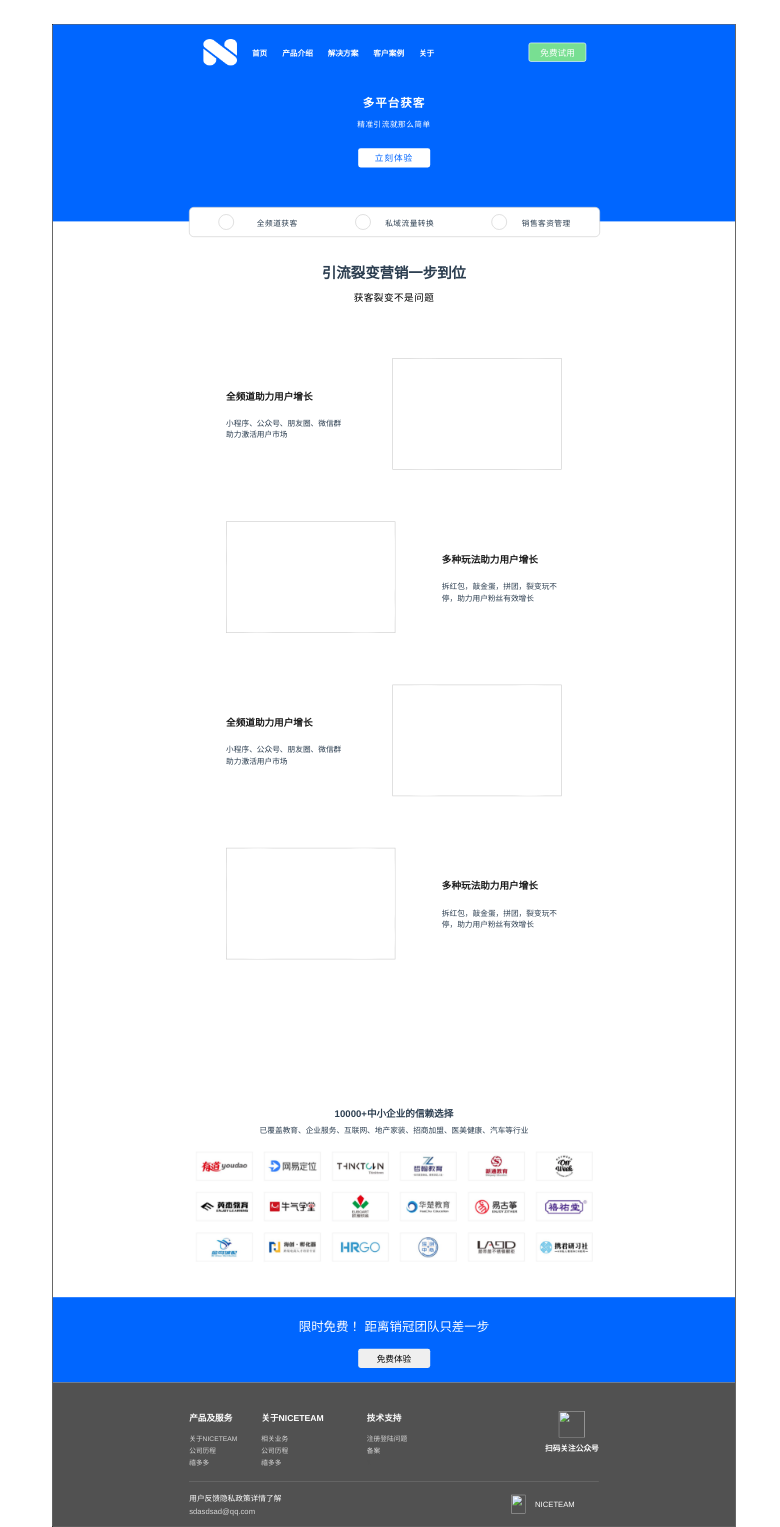
Repository: Alex-2020-0211/xrkj-guanwang
Page: /#/productintroduction (app in src/)
These files come from the project's save history. The page is drawn as it stood at one moment and after the next save; the edit follows.
The browser window is 1280 px wide. The page is 1300 px wide, so the pictures cover 1300 px, including what lies to the right of the window. The pictures show the whole page, at 60% of full size.
The project was rebuilt for these pictures with package versions that can differ from the ones it lists, and the page was loaded fresh each time. Also part of the build but not shown: src/src/components/Header.vue, src/src/views/Home.vue.

Above is the page before, as saved 2021-01-07 18:19:24.

### src/public/index.html
<!DOCTYPE html>
<html lang="en">
  <head>
    <meta charset="utf-8">
    <meta http-equiv="X-UA-Compatible" content="IE=edge">
    <meta name="viewport" content="width=device-width,initial-scale=1.0">
    <link rel="icon" href="<%= BASE_URL %>favicon.ico">
    <title><%= htmlWebpackPlugin.options.title %></title>
  </head>
  <body>
    <noscript>
      <strong>We're sorry but <%= htmlWebpackPlugin.options.title %> doesn't work properly without JavaScript enabled. Please enable it to continue.</strong>
    </noscript>
    <div id="app"></div>
    <!-- built files will be auto injected -->
  </body>
  <script>
    (function(){
      var html = document.documentElement;
      function onWindowResize(){
        html.style.fontSize = html.getBoundingClientRect().width / 16 + 'px';
      }
      window.addEventListener('resize',onWindowResize);
      onWindowResize();
    })();
  </script>
</html>

### src/src/main.js
import Vue from 'vue'
import { Image, Carousel, CarouselItem, Popover, Button } from 'element-ui'
import App from './App.vue'
import router from './router'
import store from './store'

import "../src/assets/css/reset.css"

Vue.use( Image )
Vue.use( Carousel )
Vue.use( CarouselItem )
Vue.use( Popover )
Vue.use( Button )

Vue.config.productionTip = false

new Vue({
  router,
  store,
  render: h => h(App)
}).$mount('#app')

### src/src/App.vue
<template>
  <div id="app" v-cloak>
    <router-view />
  </div>
</template>

<style lang="scss">
[v-cloak] {
  display: none !important;
}
html {
  width: 100%;
  height: 100%;
}
body {
  width: 100%;
  height: 100%;
}
#app {
  font-family: Avenir, Helvetica, Arial, sans-serif;
  -webkit-font-smoothing: antialiased;
  -moz-osx-font-smoothing: grayscale;
  text-align: center;
  color: #2c3e50;
  width: 100%;
  height: 100%;
}
</style>

### src/src/router/index.js
import Vue from 'vue'
import VueRouter from 'vue-router'
import Home from '../views/Home.vue'

Vue.use(VueRouter)

const routes = [{
    path: '/',
    name: 'Home',
    component: Home
  },
  {
    path: '/productintroduction',
    name: 'ProductIntroduction',
    component: () => import( /* webpackChunkName: "about" */ '../views/ProductIntroduction.vue')
  },
  {
    path: '/solutions',
    name: 'Solutions',
    component: () => import( /* webpackChunkName: "about" */ '../views/solutions/Solutions.vue'),
  },
  {
    path: '/getcustomer', //以“/”开头的嵌套路径会被当作根路径，所以子路由上不用加“/”;在生成路由时，主路由上的path会被自动添加到子路由之前，所以子路由上的path不用在重新声明主路由上的path了。
    name: 'GetCustomer',
    component: () => import( /* webpackChunkName: "about" */ '../views/solutions/GetCustomer.vue')
  },
  // {
  //   path: '/connect',
  //   name: 'Connect',
  //   component: () => import( /* webpackChunkName: "about" */ '../views/solutions/Connect.vue')
  // },
  {
    path: '/transform',
    name: 'Transform',
    component: () => import( /* webpackChunkName: "about" */ '../views/solutions/Transform.vue')
  },
  {
    path: '/manage',
    name: 'Manage',
    component: () => import( /* webpackChunkName: "about" */ '../views/solutions/Manage.vue')
  },
  {
    path: '/customercase',
    name: 'CustomerCase',
    component: () => import( /* webpackChunkName: "about" */ '../views/CustomerCase.vue')
  },
  {
    path: '/aboutus',
    name: 'AboutUs',
    component: () => import( /* webpackChunkName: "about" */ '../views/AboutUs.vue')
  },
  {
    path: '*',
    name: 'NotFound',
    component: () => import( /* webpackChunkName: "about" */ '../views/NotFound.vue')
  },
]

const router = new VueRouter({
  routes
})

export default router

### src/src/assets/css/reset.css
html {
    overflow-x: auto;
    overflow-y: scroll;
}

body,
dl,
dt,
dd,
ul,
ol,
li,
pre,
form,
fieldset,
input,
p,
blockquote,
th,
td {
    font-weight: 400;
    margin: 0;
    padding: 0;
}

h1,
h2,
h3,
h4,
h4,
h5 {
    margin: 0;
    padding: 0;
}

body {
    background-color: #FFFFFF;
    color: #666666;
    font-family: Helvetica, Arial, sans-serif;
    font-size: 12px;
    padding: 0 10px;
    text-align: left;
}

select {
    font-size: 12px;
}

table {
    border-collapse: collapse;
}

fieldset,
img {
    border: 0 none;
}

fieldset {
    margin: 0;
    padding: 0;
}

fieldset p {
    margin: 0;
    padding: 0 0 0 8px;
}

legend {
    display: none;
}

address,
caption,
em,
strong,
th,
i {
    font-style: normal;
    font-weight: 400;
}

table caption {
    margin-left: -1px;
}

hr {
    border-bottom: 1px solid #FFFFFF;
    border-top: 1px solid #E4E4E4;
    border-width: 1px 0;
    clear: both;
    height: 2px;
    margin: 5px 0;
    overflow: hidden;
}

ol,
ul {
    list-style-image: none;
    list-style-position: outside;
    list-style-type: none;
}

caption,
th {
    text-align: left;
}

q:before,
q:after,
blockquote:before,
blockquote:after {
    content: ””;
}

### src/src/views/ProductIntroduction.vue
<template>
  <div class="productintroduction">
    <div class="border">
      <!-- 头部 -->
      <div class="header">
        <div class="headerTop">
          <p class="bar">
            <img class="logo" src="../assets/img/logo.png" alt />
            <a href="http://localhost:8080/#/">首页</a>
            <a href="http://localhost:8080/#/productintroduction">产品介绍</a>
            <a href="http://localhost:8080/#/solutions">解决方案</a>
            <a href="http://localhost:8080/#/customercase">客户案例</a>
            <a href="http://localhost:8080/#/aboutus">关于</a>
          </p>
          <button class="mianfei">免费试用</button>
        </div>
        <div class="headerMain">
          <div class="theme">
            <dl>
              <dt>多平台获客</dt>
              <dd>精准引流就那么简单</dd>
            </dl>
            <button class="knowMore" @click="goAbout()">立刻体验</button>
          </div>
        </div>
      </div>
      <!-- 导航 -->
      <div class="nav">
        <div class="nav-item">
          <p class="nav-circle"></p>
          <span>全频道获客</span>
        </div>
        <div class="nav-item">
          <p class="nav-circle"></p>
          <span>私域流量转换</span>
        </div>
        <div class="nav-item">
          <p class="nav-circle"></p>
          <span>销售客资管理</span>
        </div>
      </div>
      <!-- OneStop -->
      <div class="oneStop">
        <div class="top">
          <h5>引流裂变营销一步到位</h5>
          <p class="question">
            获客裂变不是问题
          </p>
          <div class="case">
            <dl>
              <dt>全频道助力用户增长</dt>
              <dd>小程序、公众号、朋友圈、微信群助力激活用户市场</dd>
            </dl>
            <img src="../assets/img/logo.png" />
          </div>
          <div class="case">
            <img src="../assets/img/logo.png" />
            <dl>
              <dt>多种玩法助力用户增长</dt>
              <dd>拆红包，敲金蛋，拼团，裂变玩不停，助力用户粉丝有效增长</dd>
            </dl>
          </div>
          <div class="case">
            <dl>
              <dt>全频道助力用户增长</dt>
              <dd>小程序、公众号、朋友圈、微信群助力激活用户市场</dd>
            </dl>
            <img src="../assets/img/logo.png" />
          </div>
          <div class="case">
            <img src="../assets/img/logo.png" />
            <dl>
              <dt>多种玩法助力用户增长</dt>
              <dd>拆红包，敲金蛋，拼团，裂变玩不停，助力用户粉丝有效增长</dd>
            </dl>
          </div>
        </div>
        <div class="bottom">
          <div class="comer">
            <dl>
              <dt>10000+中小企业的信赖选择</dt>
              <dd>
                已覆盖教育、企业服务、互联网、地产家装、招商加盟、医美健康、汽车等行业
              </dd>
            </dl>
            <img src="../assets/img/comer.png" alt="" />
          </div>
        </div>
      </div>
      <!-- 底部 -->
      <Footer :footerData="footerData" />
    </div>
  </div>
</template>

<script>
// import Header from "../components/Header";
import Footer from "../components/Footer";

export default {
  name: "ProductIntroduction",
  components: {
    // Header,
    Footer,
  },
  data() {
    return {
      url: require("../assets/img/fuli.png"),
      headerData: {
        free: "免费试用",
        title: "管理也能玩出味 ?",
        content: "",
        detail:
          "NICETEAM : 让管理不再沉闷，工作玩味不停，全国上千家中小企业的销售福星",
        immediately: "立即咨询",
        path: "1",
      },
      footerData: {
        title: "限时免费！ 距离销冠团队只差一步",
      },
    };
  },
  methods: {
    goAbout() {
      this.$router.replace("/aboutus");
    },
  },
};
</script>

<style lang="scss" scoped>
.productintroduction {
  font-size: 0.16rem;
  .border {
    width: 88.88%;
    margin-top: 0.5rem;
    margin-left: 6%;
    border: 0.01rem solid #000;
    // 头部
    .header {
      width: 100%;
      height: 4.1rem;
      color: #fff;
      background-color: #06f;
      .headerTop {
        width: 60%;
        margin-left: 21%;
        padding-top: 0.3rem;
        display: flex;
        justify-content: space-between;
        align-items: center;
        .logo {
          width: 0.7rem;
          height: 0.55rem;
        }
        .bar {
          width: 60%;
          font-weight: bold;
          display: flex;
          justify-content: space-around;
          align-items: center;
          a {
            text-decoration: none;
          }
          a:link {
            color: #fff;
          }
          a:visited {
            color: #fff;
          }
        }
        .mianfei {
          width: 1.2rem;
          height: 0.4rem;
          font-size: 0.18rem;
          color: #fff;
          border: 0.01rem solid #fff;
          border-radius: 0.05rem;
          background-color: #78df92;
          margin-right: 0.4rem;
          outline: none;
        }
        .mianfei:active {
          border: 0.01rem solid #06f;
        }
      }
      .headerMain {
        width: 60%;
        height: 2.7rem;
        margin-left: 20%;
        display: flex;
        justify-content: space-around;
        align-items: center;
        dl {
          dt {
            font-size: 0.24rem;
            font-weight: bold;
            text-align: center;
            margin-bottom: 0.15rem;
            letter-spacing: 0.02rem;
          }
          dd {
            font-size: 0.16rem;
            letter-spacing: 0.01rem;
            text-align: left;
            margin-bottom: 0.4rem;
          }
        }
        .knowMore {
          width: 1.5rem;
          height: 0.4rem;
          color: #06f;
          font-size: 0.18rem;
          letter-spacing: 0.02rem;
          background-color: #fff;
          border: 0;
          border-radius: 0.05rem;
        }
      }
    }
    // 导航
    .nav{
      width: 60%;
      margin-left: 20%;
      margin-top: -0.3rem;
      height: 0.6rem;
      display: flex;
      justify-content: space-between;
      align-items: center;
      background-color: #fff;
      border: 0.01rem solid #ccc;
      border-radius: 0.1rem;
      .nav-item{
        width: 20%;
        margin-left: 7%;
        margin-right: 7%;
        display: flex;
        justify-content: space-between;
        align-items: center;
        .nav-circle{
          width: 0.3rem;
          height: 0.3rem;
          border: 0.02rem solid #ccc;
          border-radius: 50%;
        }
        span{
          letter-spacing: 0.01rem;
        }
      }
    }
    // OneStop
    .oneStop {
      .top {
        h5 {
          font-size: 0.3rem;
          display: block;
          padding-top: 0.5rem;
          padding-bottom: 0.15rem;
        }
        .question {
          width: 40%;
          margin-left: 30%;
          color: #000;
          font-size: 0.2rem;
          margin-bottom: 0.6rem;
          letter-spacing: 0.01rem;
        }
        .case {
          width: 56%;
          margin-left: 22%;
          height: 3.4rem;
          display: flex;
          justify-content: space-around;
          align-items: center;
          img {
            width: 3.5rem;
            height: 2.3rem;
            border: 1px solid #ccc;
          }
          dl {
            height: 40%;
            display: flex;
            flex-direction: column;
            justify-content: space-around;
            dt {
              text-align: left;
              font-size: 0.2rem;
              font-weight: bold;
              color: #1b1b1b;
            }
            dd {
              width: 2.5rem;
              text-align: left;
            }
          }
        }
      }
      .bottom {
        margin-top: 2.5rem;
        margin-bottom: 0.5rem;
        .comer {
          margin-top: 0.15rem;
          dl {
            margin-bottom: 0.2rem;
            dt {
              font-size: 0.2rem;
              font-weight: bold;
              margin-bottom: 0.1rem;
            }
          }
          img {
            width: 8.6rem;
          }
        }
      }
    }
  }
}
</style>

### src/src/components/Footer.vue
<template>
  <div class="footer">
    <div class="footerTop">
      <h5>{{ footerData.title }}</h5>
      <button>免费体验</button>
    </div>
    <div class="footerBottom">
      <div class="detail">
        <div class="left">
          <dl>
            <dt>产品及服务</dt>
            <dd>关于NICETEAM</dd>
            <dd>公司历程</dd>
            <dd>禧多多</dd>
          </dl>
          <dl>
            <dt>关于NICETEAM</dt>
            <dd>相关业务</dd>
            <dd>公司历程</dd>
            <dd>禧多多</dd>
          </dl>
          <dl class="jishu">
            <dt>技术支持</dt>
            <dd>注册登陆问题</dd>
            <dd style="margin-bottom: 0.09rem;">备案</dd>
            <dd style="color: #515151">1</dd>
          </dl>
        </div>
        <div class="right">
          <img src="" alt="" />
          <p>扫码关注公众号</p>
        </div>
      </div>
      <p class="line"></p>
      <div class="bottom">
        <dl>
          <dt>
            <span>用户反馈</span><span>隐私政策</span><span>详情了解</span>
          </dt>
          <dd>sdasdsad@qq.com</dd>
        </dl>
        <p><img src="" alt="" /><span>NICETEAM</span></p>
      </div>
    </div>
  </div>
</template>

<script>
export default {
  name: "Footer",
  props: {
    footerData: {
      type: Object,
    },
  },
  data() {
    return {};
  },
  methods: {},
};
</script>

<style scoped lang="scss">
// 底部
.footer {
  height: 4.78rem;
  .footerTop {
    height: 1.78rem;
    background-color: #06f;
    h5 {
      font-size: 0.26rem;
      font-weight: normal;
      color: #fff;
      padding-top: 0.4rem;
      padding-bottom: 0.3rem;
    }
    button {
      // display: flex;
      width: 1.5rem;
      height: 0.4rem;
      line-height: 0.4rem;
      font-size: 0.18rem;
      border: 0;
      border-radius: 0.05rem;
    }
  }
  .footerBottom {
    height: 3rem;
    background-color: #515151;
    color: #fff;
    .detail {
      width: 60%;
      margin-left: 20%;
      padding-top: 0.6rem;
      display: flex;
      justify-content: space-between;
      .left {
        dl {
          display: inline-block;
          margin-right: 0.5rem;
          dt {
            font-weight: bold;
            font-size: 0.18rem;
            text-align: left;
            margin-bottom: 0.2rem;
          }
          dd {
            text-align: left;
            font-size: 0.14rem;
            margin-bottom: 0.05rem;
            color: #d7d7d7;
          }
        }
        .jishu {
          margin-left: 0.4rem;
        }
      }
      .right {
        img {
          width: 0.55rem;
          height: 0.55rem;
        }
        p {
          font-weight: bold;
          margin-top: 0.05rem;
        }
      }
    }
    .line {
      width: 60%;
      margin-left: 20%;
      border-bottom: 0.02rem solid #727272;
      margin-top: 0.25rem;
      margin-bottom: 0.2rem;
    }
    .bottom {
      width: 60%;
      margin-left: 20%;
      display: flex;
      justify-content: space-between;
      dl {
        dt {
          margin-bottom: 0.08rem;
        }
        dd {
          text-align: left;
          color: #d7d7d7;
        }
      }
      p {
        margin-right: 0.5rem;
        display: flex;
        align-items: center;
        img {
          width: 0.3rem;
          height: 0.4rem;
          margin-right: 0.2rem;
        }
      }
    }
  }
}
</style>

Loaded but not shown: src/src/store/index.js (common file)

After the next save:
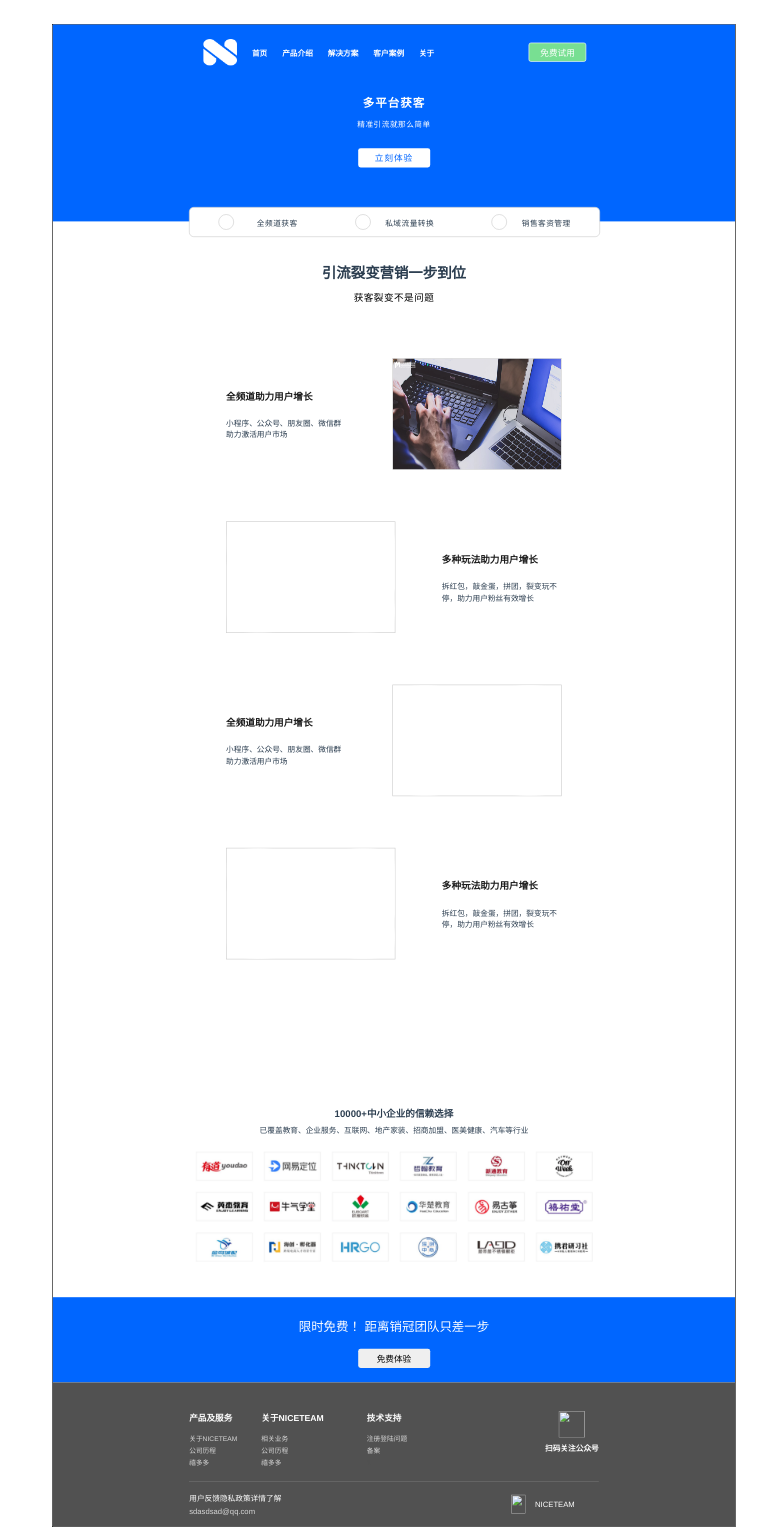
Saved 12 s later.
--- a/src/src/views/ProductIntroduction.vue
+++ b/src/src/views/ProductIntroduction.vue
@@ -51,7 +51,7 @@
               <dt>全频道助力用户增长</dt>
               <dd>小程序、公众号、朋友圈、微信群助力激活用户市场</dd>
             </dl>
-            <img src="../assets/img/logo.png" />
+            <img src="../assets/img/huoke-1.png" />
           </div>
           <div class="case">
             <img src="../assets/img/logo.png" />
